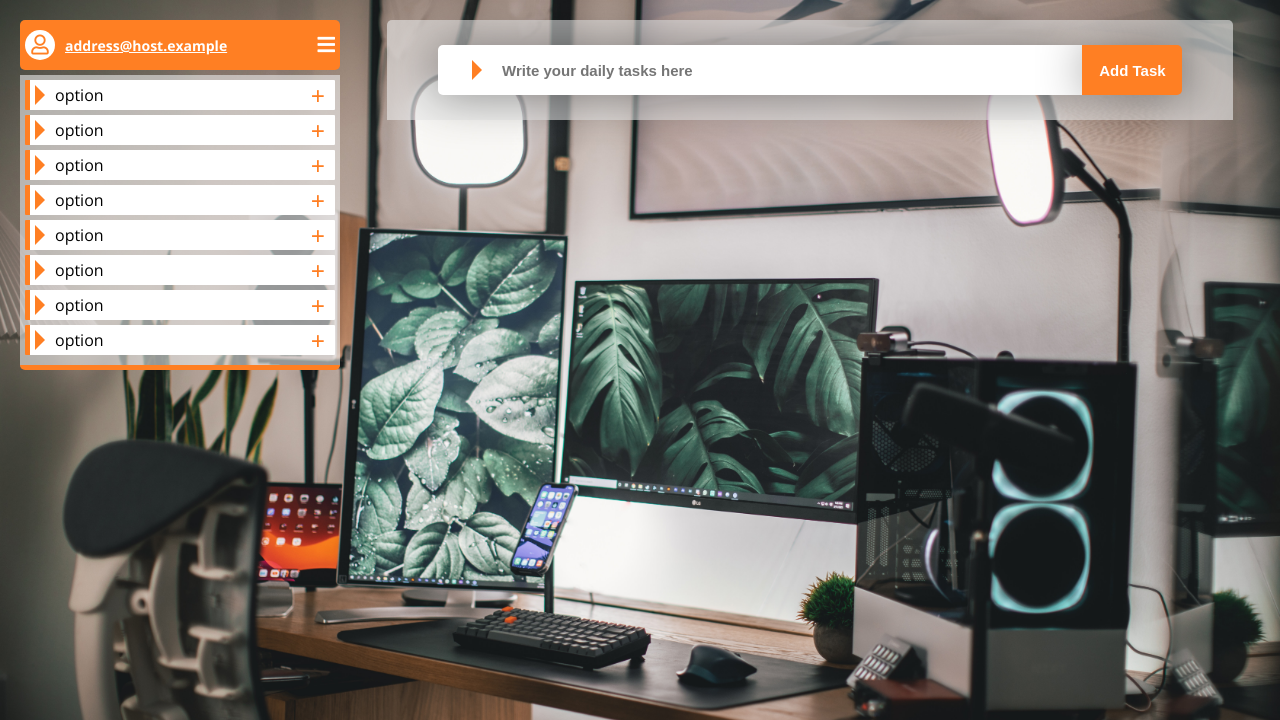
Repository: OmarEssameldinMousa/To-do-list-level01
Page: index.html
An editor plug-in stored every save of this project. The page is shown before and after the next save, followed by the edit.
The browser window is 1280 px wide. The pictures show the whole page.

Above is the page before, as saved 2023-08-10 01:21:05.

After the next save:
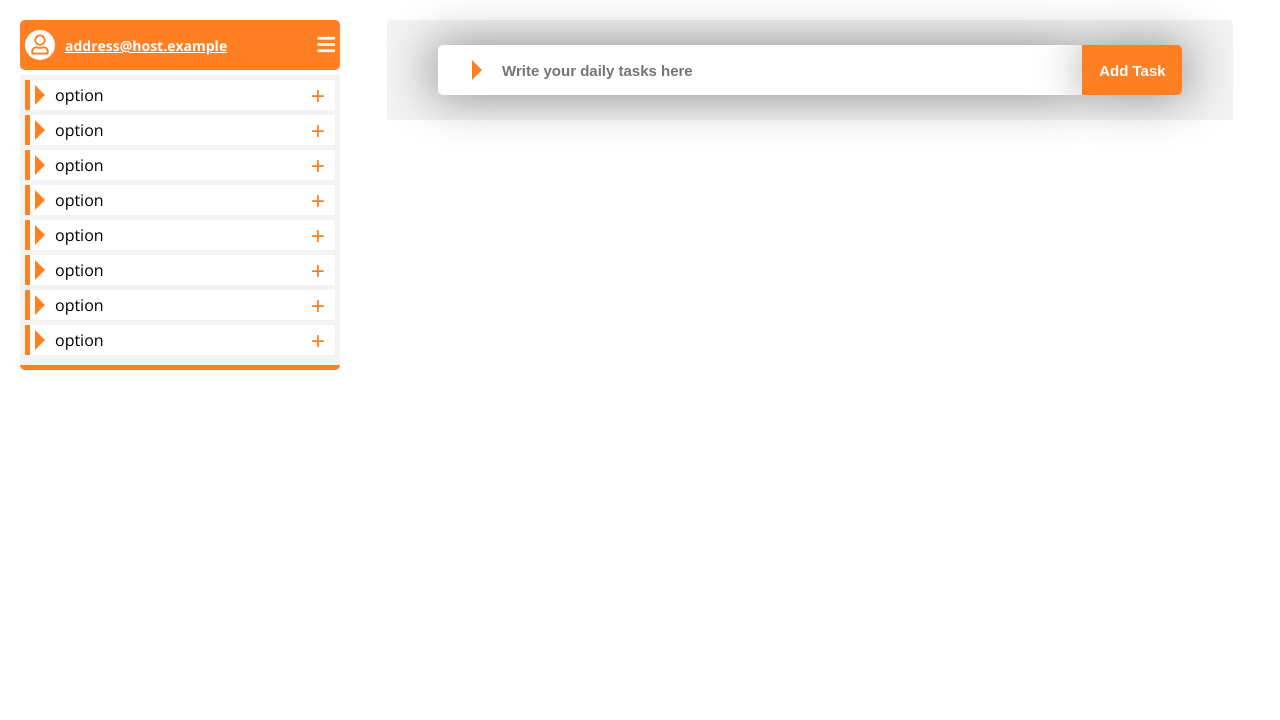
Saved 23 s later.
--- a/main.css
+++ b/main.css
@@ -17,7 +17,7 @@
     background-repeat: no-repeat;
     background-size: cover;
     position: relative;
-    background-position: fixed;
+    background-position: 200vh;
     height: 100%;
 }
 

After the save that followed:
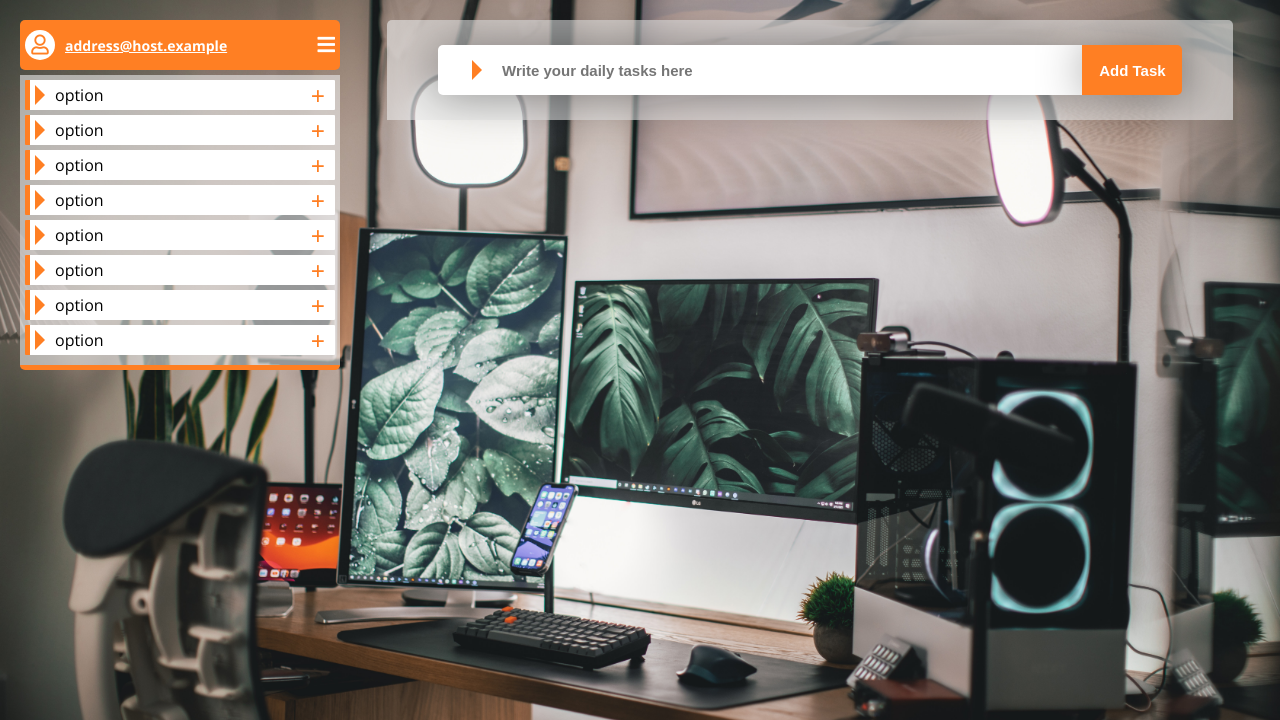
Saved 17 s later.
--- a/main.css
+++ b/main.css
@@ -17,7 +17,6 @@
     background-repeat: no-repeat;
     background-size: cover;
     position: relative;
-    background-position: 200vh;
     height: 100%;
 }
 
